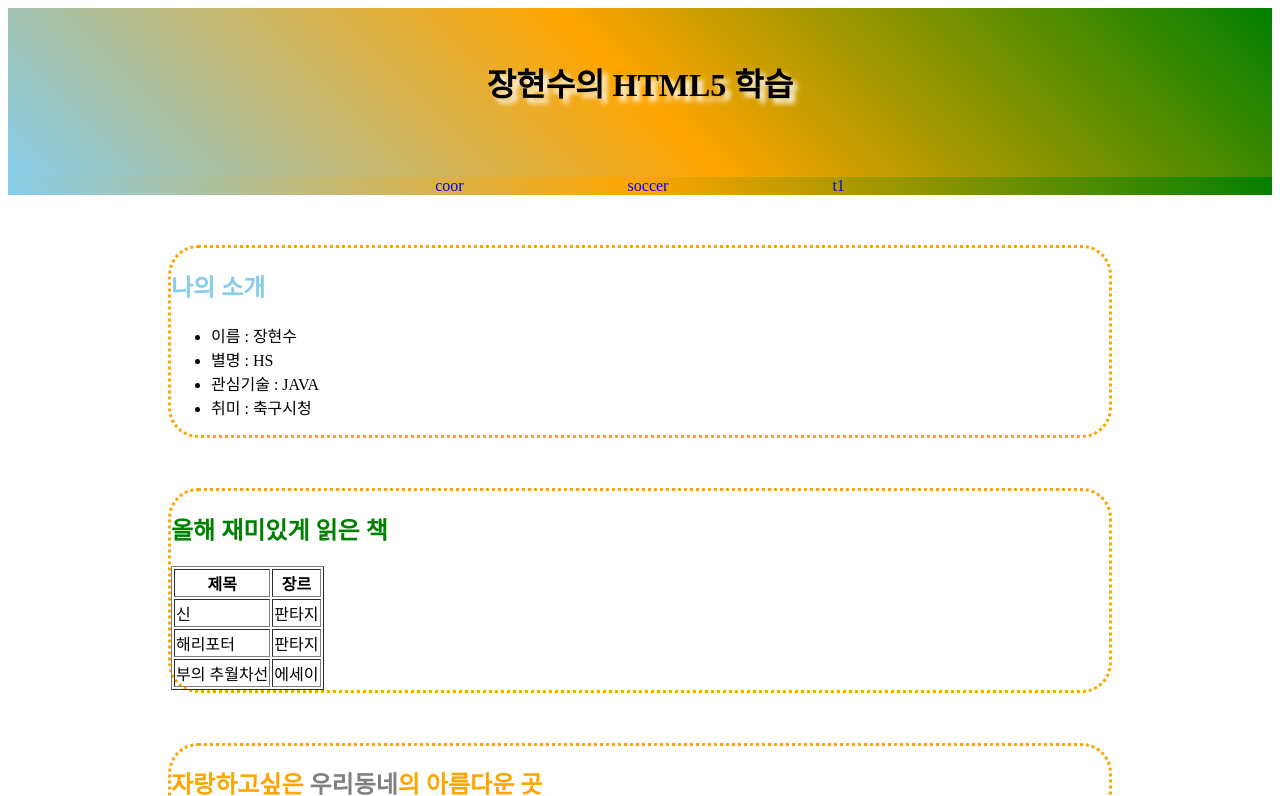
Repository: jhsnex123/web_study
Page: edu/src/main/webapp/cssexam/homework2.html
The author's editor kept a copy of each file at every save. The page is drawn from the files as they stood at one save, then again after the next save.
The browser window is 1280 px wide. The pictures show the part of the page from y = 0 to 796 px (the page is 1581 px tall before and 1577 px after).
A picture or video elsewhere on the page could not be fetched, so the positions and the page height are approximate.

Above is the page before, as saved 2024-09-19 08:29:51.

After the next save:
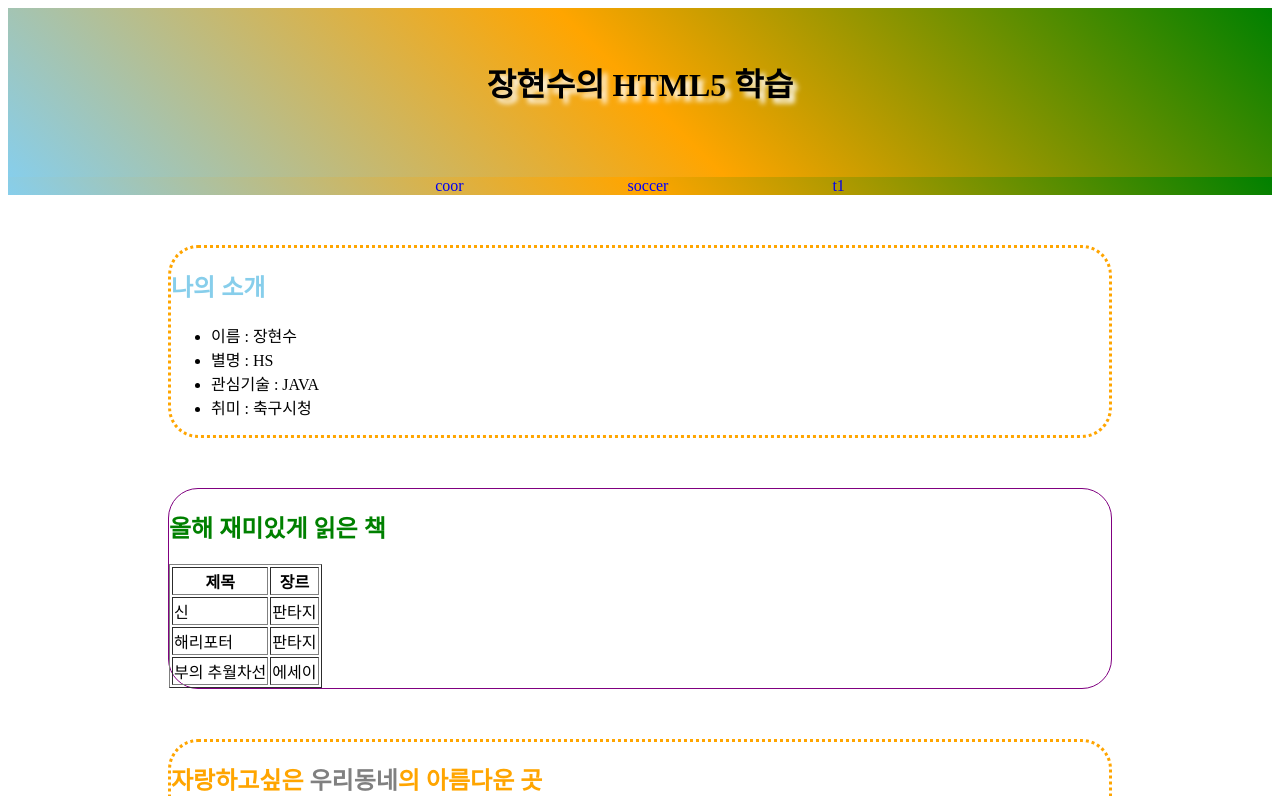
Saved 11 min 39 s later.
--- a/edu/src/main/webapp/cssexam/homework2.html
+++ b/edu/src/main/webapp/cssexam/homework2.html
@@ -47,7 +47,8 @@
 margin-left: 160px;
 margin-right: 160px;
 border-radius : 30px;
-
+    border-collapse : collapse;
+    border : 1px solid purple;
 }
 
 #a3 > h2 {

After the save that followed:
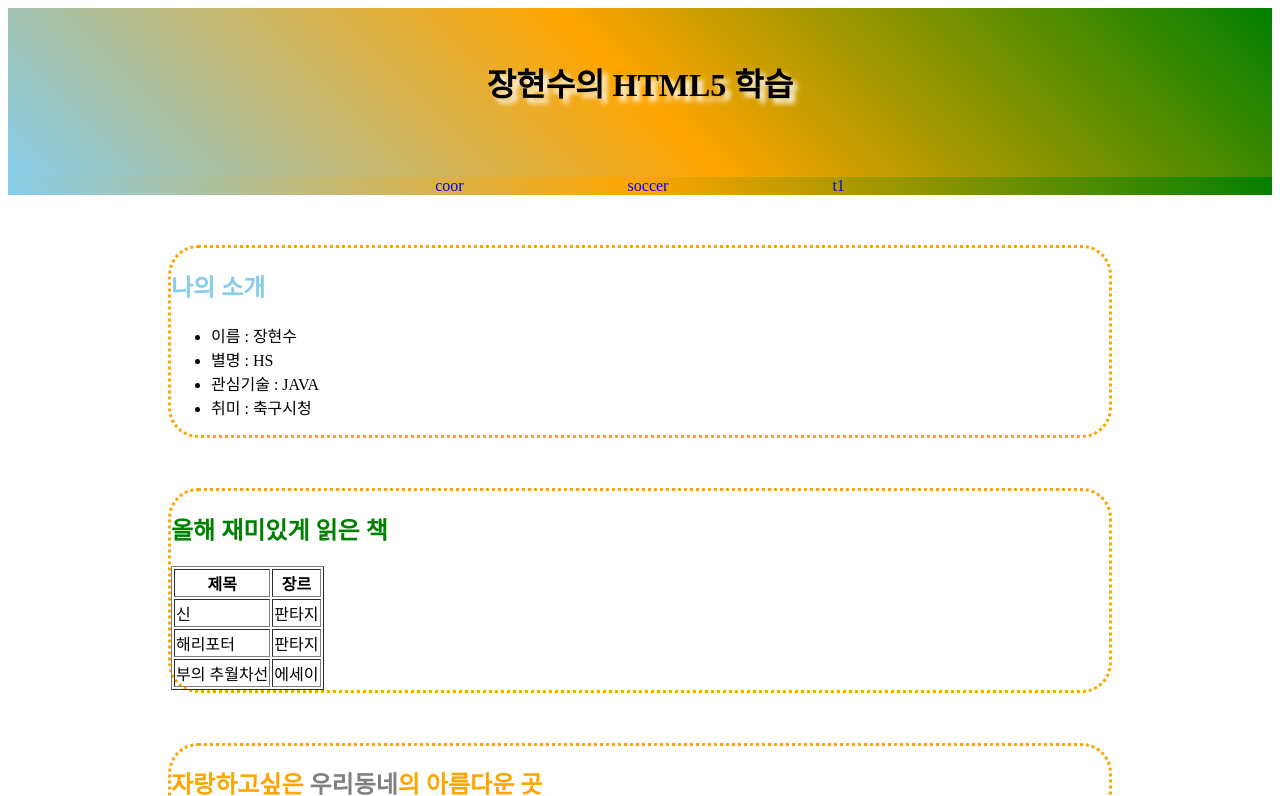
Saved 13 s later.
--- a/edu/src/main/webapp/cssexam/homework2.html
+++ b/edu/src/main/webapp/cssexam/homework2.html
@@ -47,8 +47,7 @@
 margin-left: 160px;
 margin-right: 160px;
 border-radius : 30px;
-    border-collapse : collapse;
-    border : 1px solid purple;
+
 }
 
 #a3 > h2 {
